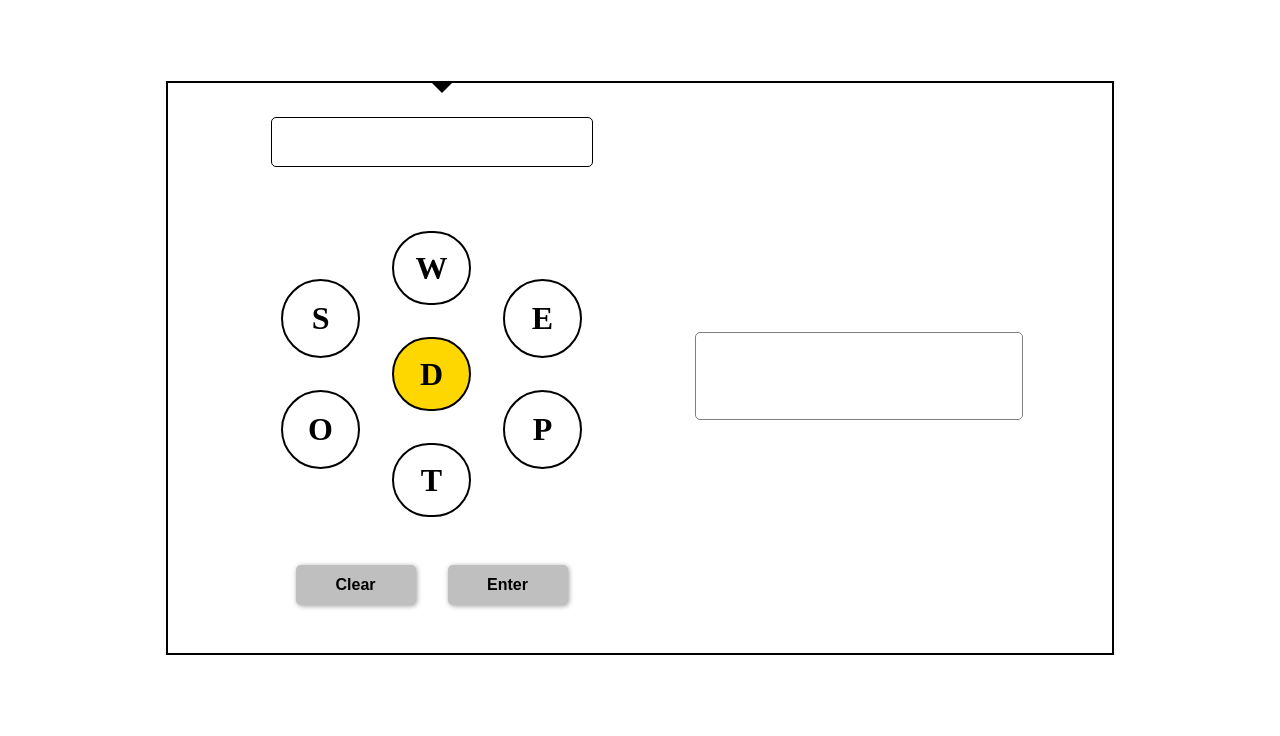
Repository: wellgordon/spelling-bee-clone
Page: /game
These files come from the project's save history. The page is drawn as it stood at one moment and after the next save; the edit follows.
The browser window is 1280 px wide. The pictures show the whole page.
The project was rebuilt for these pictures with package versions that can differ from the ones it lists, and the page was loaded fresh each time. Also part of the build but not shown: src/index.css, src/components/Home.tsx.

Above is the page before, as saved 2022-01-28 18:51:50.

### src/App.tsx
import React from 'react';
import Game from './components/Game';
import { BrowserRouter as Router, Route, Routes } from 'react-router-dom';
import Home from './components/Home';

const App = () => {
  return (
    <Router>
      <Routes>
        <Route path="/" element={<Home />} />
        <Route path="/game" element={<Game />} />
      </Routes>
    </Router>
  );
};

export default App;

### src/components/Game.tsx
import React, { useState } from 'react';
import { words } from '../constants/words';
import GameUI from './GameUI';

const Game = () => {
  const [bufferText, setBufferText] = useState('');
  const [isSpecialLetter, setIsSpecialLetter] = useState(false);
  const [foundWords, setFoundWords] = useState<string[]>([]);

  const handleClick = (e: any) => {
    if (bufferText.length > 10) {
      setBufferText('Too Long!');
      setTimeout(() => {
        setBufferText('');
      }, 500);
    } else {
      setBufferText((prev) => prev + e.target.innerText);
    }
  };

  const handleCenterClick = (e: string) => {
    setIsSpecialLetter(true);
    handleClick(e);
  };

  const handleClear = () => {
    setBufferText('');
  };

  const handleSubmit = () => {
    if (bufferText.length < 4) {
      setBufferText('Too short!');
      setIsSpecialLetter(false);
      setTimeout(() => {
        setBufferText('');
      }, 500);
    } else if (!isSpecialLetter) {
      setBufferText('Need to use letter of the day!');
      setTimeout(() => {
        setBufferText('');
      }, 500);
    } else if (foundWords?.includes(bufferText)) {
      setBufferText('Oops, already got that one!');
      setIsSpecialLetter(false);
      setTimeout(() => {
        setBufferText('');
      }, 500);
    } else {
      if (words.includes(bufferText.toLowerCase())) {
        setFoundWords((prev) => [...prev, bufferText]);
        setIsSpecialLetter(false);
        setBufferText('');
      } else {
        setBufferText('Sorry, not a word...');
        setIsSpecialLetter(false);
        setTimeout(() => {
          setBufferText('');
        }, 500);
      }
    }
  };

  return (
    <GameUI
      handleClick={handleClick}
      handleCenterClick={handleCenterClick}
      bufferText={bufferText}
      handleClear={handleClear}
      handleSubmit={handleSubmit}
      foundWords={foundWords}
    />
  );
};

export default Game;

### src/constants/words.ts
export const words = [
  'depot',
  'depots',
  'despot',
  'dews',
  'does',
  'doest',
  'dope',
  'dopes',
  'dose',
  'dote',
  'dotes',
  'dots',
  'dowse',
  'dowset',
  'odes',
  'opted',
  'opts',
  'owed',
  'owes',
  'peso',
  'pest',
  'pesto',
  'pets',
  'pews',
  'pods',
  'poet',
  'poets',
  'pose',
  'posed',
  'post',
  'posted',
  'pots',
  'sowed',
  'sped',
  'spot',
  'step',
  'stew',
  'stop',
  'stow',
  'stowed',
  'swept',
  'swop',
  'swopt',
  'toed',
  'toes',
  'tops',
  'towed',
  'tows',
  'twos',
  'weds',
  'wept',
  'west',
  'wets',
  'woes',
];

const wordLists = [
  {
    letters: ['D', 'O', 'W', 'A', 'P', 'L', 'K'],
    words: [
      'dawk',
      'walk',
      'pawl',
      'plow',
      'kola',
      'plod',
      'wold',
      'alow',
      'apod',
      'awol',
      'dopa',
      'opal',
      'woad',
      'load',
      'polka',
      'waldo',
      'woald',
    ],
  },
  {
    letters: ['E', 'V', 'L', 'A', 'W', 'R', 'G'],
    words: [
      'gravel',
      'argle',
      'gavel',
      'glare',
      'grave',
      'lager',
      'large',
      'laver',
      'ravel',
      'regal',
      'velar',
      'wager',
      'waler',
      'waver',
      'ager',
      'areg',
      'aver',
      'earl',
      'egal',
      'gale',
      'gave',
      'gear',
      'grew',
      'lave',
      'lear',
      'leva',
      'rage',
      'rale',
      'rave',
      'real',
      'vale',
      'veal',
      'vega',
      'vela',
      'vera',
      'wage',
      'wale',
      'ware',
      'wave',
      'weal',
      'wear',
    ],
  },
];

### src/components/GameUI.tsx
import React, { useState } from 'react';
import Game from './Game';
import {
  MainContainer,
  SubContainer,
  Accordion,
  FoundText,
  TriangleUp,
  TriangleDown,
  InputText,
  SideColumn,
  Circle,
  CenterColumn,
  CenterCircle,
  ButtonContainer,
  Button,
  GameContainer,
  LeftSide,
} from './styled/Styles';

type Props = {
  handleClick: (e: any) => void;
  handleCenterClick: (e: any) => void;
  handleSubmit: () => void;
  handleClear: () => void;
  bufferText?: string;
  foundWords?: string[];
};

const GameUI = ({
  handleClick,
  handleCenterClick,
  bufferText,
  handleSubmit,
  handleClear,
  foundWords,
}: Props) => {
  const [open, setOpen] = useState(false);
  const [accordion, setAccordion] = useState('');

  function toggle() {
    if (open) {
      setOpen(false);
      setAccordion('');
    } else {
      setOpen(true);
      setAccordion('found-word-box');
    }
  }

  return (
    <>
      <MainContainer>
        <SubContainer>
          <LeftSide>
            <span onClick={toggle}>
              {open === true ? <TriangleUp /> : <TriangleDown />}
            </span>
            <InputText>{bufferText}</InputText>
            <GameContainer>
              <SideColumn>
                <Circle onClick={handleClick}>S</Circle>
                <Circle onClick={handleClick}>O</Circle>
              </SideColumn>
              <CenterColumn>
                <Circle onClick={handleClick}>W</Circle>
                <CenterCircle onClick={handleCenterClick}>D</CenterCircle>
                <Circle onClick={handleClick}>T</Circle>
              </CenterColumn>
              <SideColumn>
                <Circle onClick={handleClick}>E</Circle>
                <Circle onClick={handleClick}>P</Circle>
              </SideColumn>
            </GameContainer>
            <ButtonContainer>
              <Button onClick={handleClear}>Clear</Button>
              <Button onClick={handleSubmit}>Enter</Button>
            </ButtonContainer>
          </LeftSide>
          <Accordion className={accordion}>
            {open === false
              ? foundWords
                  ?.filter((word: string, index: number) => index < 5)
                  .map((word: string) => {
                    return <FoundText>{`${word}, `}</FoundText>;
                  })
              : foundWords?.map((word: string) => {
                  return <FoundText>{`${word}, `}</FoundText>;
                })}
          </Accordion>
        </SubContainer>
      </MainContainer>
    </>
  );
};

export default GameUI;

### src/components/styled/Styles.ts
import styled from 'styled-components';

export const MainContainer = styled.div`
  height: 100vh;
  width: 75%;
  display: flex;
  margin: 0 auto;
  align-items: center;
  justify-content: center;
`;

export const SubContainer = styled.div`
  display: flex;
  width: 100%;
  align-items: center;
  justify-content: space-evenly;
  flex-flow: row;

  border: 2px solid black;
`;

export const GameContainer = styled.div`
  width: 350px;
  height: 350px;
  display: flex;
  flex-flow: row nowrap;
  justify-content: center;
`;

export const Column = styled.div`
  display: flex;
  flex-flow: column nowrap;
  align-items: center;
  justify-content: space-around;
`;

export const SideColumn = styled(Column)`
  margin: 4rem 0;
`;

export const CenterColumn = styled(Column)`
  margin: 1rem 0;
`;

export const Circle = styled.div`
  width: 75px;
  height: 75px;
  border-radius: 50px;
  border: 2px solid black;
  display: flex;
  align-items: center;
  justify-content: center;
  font-size: 2rem;
  font-weight: bold;
  margin: 1rem;

  &:hover {
    cursor: pointer;
  }
`;

export const CenterCircle = styled(Circle)`
  background: gold;
`;

export const InputText = styled.p`
  margin-bottom: 2rem;
  height: 3rem;
  width: 20rem;
  border: 1px solid black;
  border-radius: 5px;
  font-size: 1.5rem;
  font-weight: bold;
  text-align: center;
`;

export const FoundText = styled.p`
  margin-left: 0.3rem;
`;

export const TriangleDown = styled.div`
  width: 0;
  height: 0;
  border-left: 10px solid transparent;
  border-right: 10px solid transparent;

  border-top: 10px solid black;
  position: relative;
  left: 50%;
  bottom: 100%;

  &:hover {
    cursor: pointer;
    border-top: 10px solid gray;
  }
`;

export const TriangleUp = styled.div`
  width: 0;
  height: 0;
  border-left: 10px solid transparent;
  border-right: 10px solid transparent;

  border-bottom: 10px solid black;
  position: relative;
  left: 50%;
  bottom: 100%;

  &:hover {
    cursor: pointer;
    border-bottom: 10px solid gray;
  }
`;

export const Button = styled.button`
  text-decoration: none;
  background-color: #bfbfbf;
  border: none;
  border-radius: 5px;
  margin: 1rem;
  font-weight: bold;
  font-size: 16px;
  height: 2.5rem;
  width: 7.5rem;
  box-shadow: 1px 1px 5px 0px rgba(156, 156, 156, 156);

  &:hover {
    cursor: pointer;
    background-color: #808080;
  }
`;
export const ButtonContainer = styled.div`
  display: flex;
  flex-flow: row wrap;
  align-items; flex-start;
  justify-content: flex-end;
  margin-bottom: 2rem;
`;

export const Accordion = styled.div`
  height: 5rem;
  width: 20rem;
  padding: 0.2rem;
  margin-top: 1rem;
  display: flex;
  flex-flow: row wrap;
  justify-content: flex-start;
  align-content: flex-start;
  font-weight: bold;
  border: 1px solid gray;
  border-radius: 5px;
`;

export const LeftSide = styled.div`
  display: flex;
  flex-flow: column;
  justify-content: center;
  align-items: center;
`;

Loaded but not shown: public/index.html (common file); src/index.js (common file); src/reportWebVitals.js (common file)

After the next save:
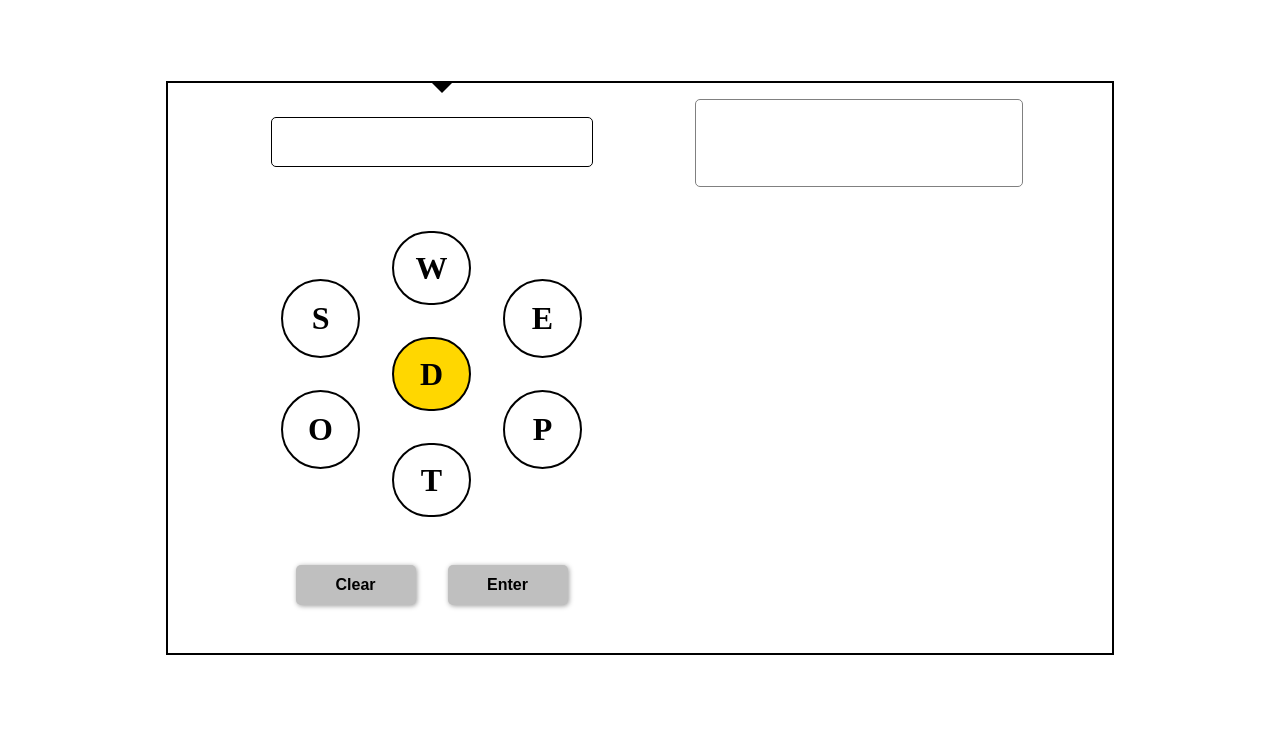
Saved 29 s later.
--- a/src/components/styled/Styles.ts
+++ b/src/components/styled/Styles.ts
@@ -12,7 +12,7 @@ export const MainContainer = styled.div`
 export const SubContainer = styled.div`
   display: flex;
   width: 100%;
-  align-items: center;
+  align-items: start;
   justify-content: space-evenly;
   flex-flow: row;
 
